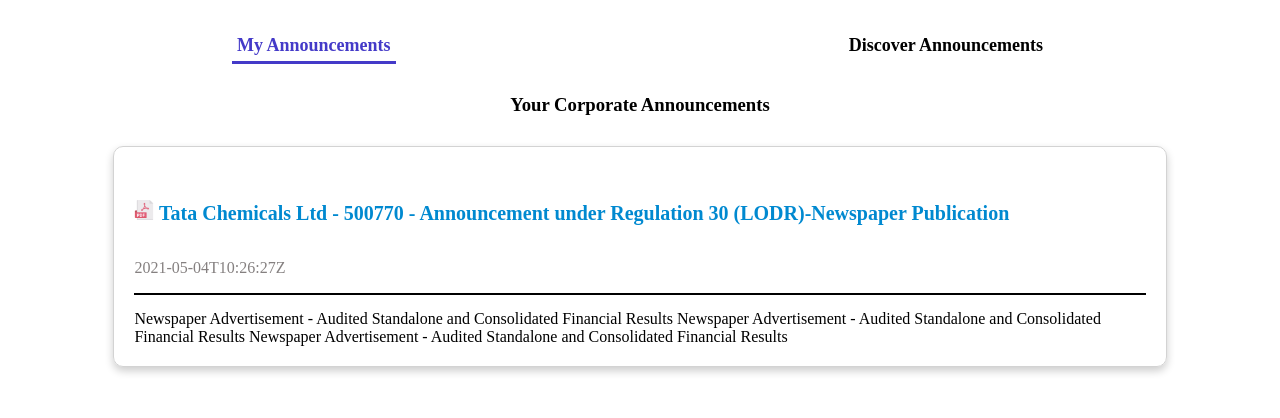
Repository: bhumikagohil/announcements
Page: announcements_tabs/index.html
The author's editor kept a copy of each file at every save. The page is drawn from the files as they stood at one save, then again after the next save.
The browser window is 1280 px wide. The pictures show the whole page.
The page's requests for data from a server got no answer.

Above is the page before, as saved 2021-05-13 14:09:18.

### announcements_tabs/index.html
<!DOCTYPE html>
<html lang="en">

<head>
    <meta charset="UTF-8">
    <meta name="viewport" content="width=device-width, initial-scale=1.0">
    <meta http-equiv="X-UA-Compatible" content="ie=edge">
    <link href="style.css" rel="stylesheet">

    <title>Corporate Announcements</title>
</head>
<script src="https://ajax.googleapis.com/ajax/libs/jquery/3.5.1/jquery.min.js"></script>

<script src="script.js" defer></script>

<body>

    <div class="container">
        <ul class="tabs">
            <li data-tab-target="#my-announcements" class="active tab">My Announcements</li>
            <li data-tab-target="#discover-announcements" class="tab" id="discover-tab">Discover Announcements</li>
        </ul>

        <div class="tab-content">
            <div id="my-announcements" data-tab-content class="active">
                <div class="container">
                    <h3 class="heading">Your Corporate Announcements</h3>
                </div>

                <div class="container" id="announcements-cards-container">
                    <div class="announcements-card" id=${item.news_id} style="    padding: 20px 20px;
                    box-shadow: 0 4px 8px 0 rgb(0 0 0 / 20%);
                    border: 1px solid #d3d3d3;
                    border-radius: 10px;
                    margin: auto;
                    margin-bottom: 10px;">

<a href="https://www.bseindia.com/xml-data/corpfiling/AttachLive/5c736c63-80a0-444f-b9a3-3539fa573147.pdf" style="text-decoration: none;">
                       <h5 class="title" style="    font-size: 1.25rem; ">
                                               <img src="pdf.png" alt="Link" width="20" height="20">

                            Tata Chemicals Ltd - 500770 - Announcement under Regulation 30 (LODR)-Newspaper Publication
                        </h5>
                    </a>
                        <p class="time">
                            2021-05-04T10:26:27Z
                        </p>
                        <hr />
                        <div class="summary">
                            Newspaper Advertisement - Audited Standalone and Consolidated Financial Results
                            Newspaper Advertisement - Audited Standalone and Consolidated Financial Results
                            Newspaper Advertisement - Audited Standalone and Consolidated Financial Results

                        </div>
                    </div>
                </div>

            </div>
            <div id="discover-announcements" data-tab-content>
                <!-- Heading -->
                <div class="container">
                    <h3 class="heading">Discover Corporate Announcements</h3>
                </div>
                <!-- Autocomplete Bar -->
                <div class="container">
                    <form autocomplete="off" class="form">
                        <input id="input-field" placeholder="Search companies" type="text">
                        <ul class="autocomplete"></ul>
                    </form>
                </div>
                <!-- Cards Section -->
                <div class="container cards-container" id="discover-cards-container">
                </div>
            </div>

        </div>
    </div>

</body>

</html>

### announcements_tabs/style.css
[data-tab-content] {
  display: none;
}

.active[data-tab-content] {
  display: block;
}

.tabs {
  display: flex;
  justify-content: space-around;
  list-style-type: none;
  margin: 0;
  padding: 0;
}

.tab {
  cursor: pointer;
  padding: 5px;
  font-size: large;
  font-weight: bold;
}


.tab.active {
  color: #443ac8;
  border-bottom: 3px solid #443ac8;
}

.tab:hover {
  color: #443ac8;
}

/* Media Queries */
@media only screen and (max-width: 768px) {
  .tab {
    font-size: 10px;
  }
  .tab.active {
    border-bottom: 2px solid #443ac8;
  }
}

.container {
  width: 100%;
  margin: 30px auto;
}

.heading {
  text-align: center;
}

/*  ANNOUNCEMENTS */

.title {
  color: #0089d0;
}

.announcements-card {
  padding: 20px 20px;
  box-shadow: 0 4px 8px 0 rgba(0, 0, 0, 0.2);
  width: 80%;
  border: 1px solid #d3d3d3;
  border-radius: 10px;
  margin: auto;

  margin-bottom: 10px;
}

.announcements-card:hover {
  box-shadow: 0 8px 16px 0 rgba(0, 0, 0, 0.2);
}

hr {
  display: block;
  border: none;
  height: 2px;
  background-color: #000;
}

.time {
  /* font-size: 14px; */
  color: #858080;
}

.summary {
  overflow-x: auto;
  margin-top: 15px;
  /* font-size: 16px; */
}

/* DISCOVER ANNOUNCEMENTS */

/* Input Bar */
.form {
  width: 100%;
}

#input-field {
  position: absolute;
  width: 80%;
  /* height: 35px; */
  border-right: none;
  padding: 10px;
  border-radius: 4px;
  border: 1px solid #aab7ca;
}

input[type="text" i] {
  font-size: 14px;
}

/* Autocomplete Bar */
.autocomplete {
  width: 100%;
  position: absolute;
  background: #fff;
  list-style-type: none;
  margin-top: 48px;
  padding-left: 0;
  /* margin-left: auto; */
  z-index: 10;
}

.autocomplete-items {
  display: flex;
  padding: 0px 10px;
  cursor: pointer;
  border: 1px solid #d4d4d4;
  border-top: none;
}

.autocomplete-items:hover {
  background-color: #e9e9e9;
}

.autocomplete-title {
  margin-right: 20px;
  font-size: 14px;
}

.add-button {
  width: 50px;
  height: 26px;
  text-align: center;
  cursor: pointer;
  color: #fff;
  background-color: #4caf50;
  margin: auto 0 auto auto;
  border: none;
}

/* Card  */

.cards-container {
  margin-top: 80px;
  z-index: 1;
}
.discover-card {
  padding: 2% 4%;
  box-shadow: 0 4px 8px 0 rgba(0, 0, 0, 0.2);
  border: 1px solid #d3d3d3;
  border-radius: 5px;
  margin: auto;
  margin-bottom: 10px;
  display: flex;
  flex-direction: row;
  justify-content: space-between;
  align-items: center;
}

.status-button {
  position: relative;
  border: none;
  color: white;
  padding: 5px 10px;
  height: 30px;
  width: 70px;
  text-align: center;
  text-decoration: none;
  display: inline-block;
  font-size: 12px;
  cursor: pointer;
  background-color: #f11e0f;
  z-index: 1;
}

/* Loader */
@keyframes spinner {
  to {
    transform: rotate(360deg);
  }
}

.spinner:before {
  content: "";
  position: absolute;
  width: 18px;
  height: 18px;
  margin-top: -10px;
  margin-left: -10px;
  margin-right: -10px;
  border-radius: 50%;
  border-top: 2px solid #fff;
  border-right: 2px solid transparent;
  animation: spinner 0.6s linear infinite;
  z-index: 4;
}

/* @media only screen and (min-width: 425px) {
  .autocomplete {
    width: 77%;
  }
}

@media only screen and (min-width: 768px) {
  .autocomplete {
    width: 78.3%;
  }
}

@media only screen and (min-width: 1024px) {
  .autocomplete {
    width: 78.7%;
  }
}
@media only screen and (min-width: 1440px) {
  .autocomplete {
    width: 79.2%;
  }
} */

### announcements_tabs/script.js
const tabs = document.querySelectorAll("[data-tab-target]");
const tabContents = document.querySelectorAll("[data-tab-content]");

tabs.forEach((tab) => {
  tab.addEventListener("click", () => {
    const target = document.querySelector(tab.dataset.tabTarget);
    tabContents.forEach((tabContent) => {
      tabContent.classList.remove("active");
    });
    tabs.forEach((tab) => {
      tab.classList.remove("active");
    });
    tab.classList.add("active");
    target.classList.add("active");
  });
});

// ANNOUNCEMENTS

const hostname = "165.22.217.142";

const endpoint = `http://localhost:8000/null`;

fetch(endpoint)
  .then(function (response) {
    return response.json();
  })
  .then(function (response) {
    if (response.length < 1) {
      $(".announcements-card").html(
        "You haven't added any companies yet.Please click on discover announcements to add companies to receive corporate announcements "
      );
    } else {
      const newCard = response.map((item) => {
        return `
                      <div class="announcements-card">
                          <h5 class="title"> ${item.title} </h5>
                          <p class="time"> ${item.disseminated_time}</p>
                          <hr/>
                          <div class="summary">
                              ${item.summary}
                          </div>
                      </div>
                  `;
      });

      document
        .querySelector("#announcements-cards-container")
        .insertAdjacentHTML("afterbegin", newCard);
    }
  })
  .catch(function (err) {
    console.log("error: " + err);
  });

// DISCOVER ANNOUNCEMENTS

var query,
  company_cards_present = [];

const min_query_length = 3;
const spinner = `<div class="spinner"></div>`;

$(document).ready(function () {
  $("#input-field").on("input", function () {
    query = $(this).val();
    if (query.length >= min_query_length) {
      //   Fetching Autocomplete Sugguestions
      fetchData(
        `http://${hostname}/corpann/api/autocomplete/?search=${query}`,
        renderAutocompleteItem
      );
    } else {
      $(".autocomplete").empty();
    }
  });
});

// Fetching Followed Companies
$('#discover-tab').one("click", function () {
  // $("#loadingMessage").css('padding-top', '6%');
  console.log("clicked")
});


function fetchFollowedCompanies() {
  fetchData(
    `http://${hostname}/corpann/api/company/following/`,
    renderFollowedCompanies
  );
}

// Render Followed Companies

function renderFollowedCompanies(data) {
  data.map((item) => {
    createCard(item.company_name, item.scrip_id, "Unfollow");
  });
}

// Autocomplete Items

function renderAutocompleteItem(data) {
  var filtered_autocomplete_sugguestions = data.filter(
    (item) => !company_cards_present.includes(item.scrip_id)
  );

  var new_autocomplete_item = filtered_autocomplete_sugguestions
    .map((item) => {
      return `
                      <li class="autocomplete-items" onclick="createCard('${item.company_name}','${item.scrip_id}')">
                      <span  onclick="con('${item.company_name}','${item.scrip_id}')">
                         <p class="autocomplete-title"> ${item.company_name}</p>
                          <button id="${item.scrip_id}" class="add-button" onclick="createCard('${item.company_name}','${item.scrip_id}')">Add</button>
                     </span>
                          </li>
                  `;
    })
    .join("\n");

  $(".autocomplete").empty();

  document
    .querySelector(".autocomplete")
    .insertAdjacentHTML("afterbegin", new_autocomplete_item);
}

// Creating New Card
function createCard(name, id, text) {
  company_cards_present.push(parseInt(id));

  const card = `
                  <div class="discover-card" id="${id}">
                      <h5 class="card-title"> ${name} </h5>
                      <button class="status-button" onclick="removeCard('${id}', this)">
                       ${text || spinner}
                      </button>
                  </div>
              `;

  $(".autocomplete").empty();

  $("#input-field").val("");

  document
    .querySelector("#discover-cards-container")
    .insertAdjacentHTML("afterbegin", card);

  getCompanyStatus(name, id);
}

// Fetching Company Status

function getCompanyStatus(name, id) {
  fetchData(
    `http://${hostname}/corpann/api/follow/?company=${id}`,
    checkStatus
  );
}

function checkStatus(data) {
  if (data.company_status === "Confirmed") {
    $("#" + data.scrip_id)
      .children("button")
      .html("Unfollow");
  } else {
    card = $("#discover-cards-container").children().first();
    card
      .children("button")
      .html("Try again")
      .css("background-color", "#4caf50");
    setTimeout(() => {
      removeGivenCard(card);
    }, 1000);
    company_cards_present.splice(
      company_cards_present.indexOf(card.attr("id")),
      1
    );
  }
}

function removeGivenCard(card) {
  card.remove();
}

// Removing Card on Unfollow

function removeCard(id, obj) {
  $(obj).html(spinner);
  company_cards_present = company_cards_present.filter(function (e) {
    return e !== parseInt(id);
  });
  fetchData(
    `http://${hostname}/corpann/api/unfollow/?company=${id}`,
    checkUnfollowStatus
  );
}

function checkUnfollowStatus(data) {
  if (data.company_status === "Confirmed") {
    $("#" + data.scrip_id).remove();
  } else {
    $("#status-button").html("Unfollow");
  }
}
// Fetch Function

function fetchData(endpoint, onSuccess) {
  fetch(endpoint)
    .then(function (response) {
      return response.json();
    })
    .then(function (response) {
      onSuccess(response.data);
    })
    .catch(function (err) {
      console.log(err);
    });
}

async function postData(url = "", data = {}, onSuccess) {
  // Default options are marked with *
  const response = await fetch(url, {
    method: "POST", // *GET, POST, PUT, DELETE, etc.
    mode: "cors", // no-cors, *cors, same-origin
    cache: "no-cache", // *default, no-cache, reload, force-cache, only-if-cached
    credentials: "same-origin", // include, *same-origin, omit
    headers: {
      "Content-Type": "application/json",
      // 'Content-Type': 'application/x-www-form-urlencoded',
    },
    redirect: "follow", // manual, *follow, error
    referrerPolicy: "no-referrer", // no-referrer, *no-referrer-when-downgrade, origin, origin-when-cross-origin, same-origin, strict-origin, strict-origin-when-cross-origin, unsafe-url
    body: JSON.stringify(data), // body data type must match "Content-Type" header
  })
    .then(function (response) {
      return response.json(); // parses JSON response into native JavaScript objects
    })
    .then(function (response) {
      onSuccess(response.data);
    })
    .catch(function (err) {
      console.log("error: " + err);
    });
}

After the next save:
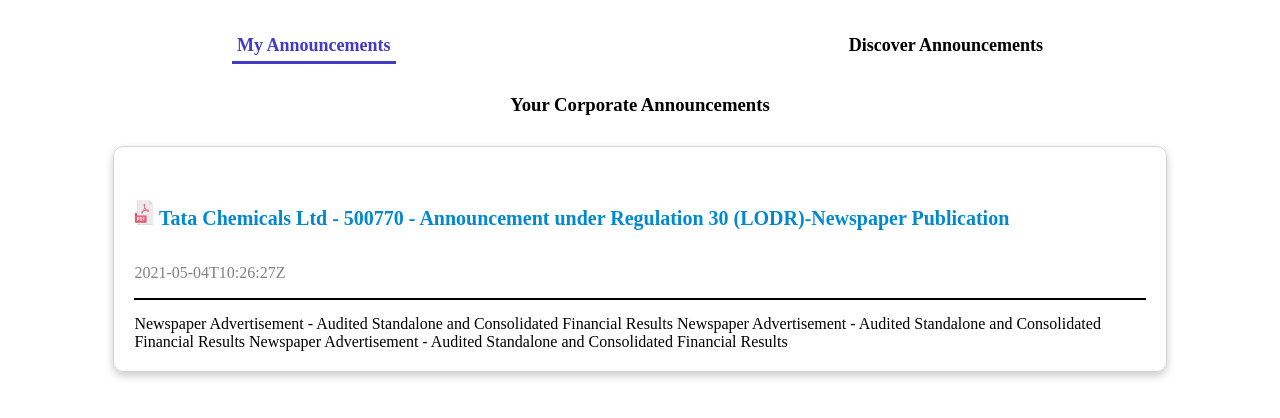
Saved 6 s later.
--- a/announcements_tabs/index.html
+++ b/announcements_tabs/index.html
@@ -37,7 +37,7 @@
 
 <a href="https://www.bseindia.com/xml-data/corpfiling/AttachLive/5c736c63-80a0-444f-b9a3-3539fa573147.pdf" style="text-decoration: none;">
                        <h5 class="title" style="    font-size: 1.25rem; ">
-                                               <img src="pdf.png" alt="Link" width="20" height="20">
+                                               <img src="pdf.png" alt="Link" width="20" height="25">
 
                             Tata Chemicals Ltd - 500770 - Announcement under Regulation 30 (LODR)-Newspaper Publication
                         </h5>
